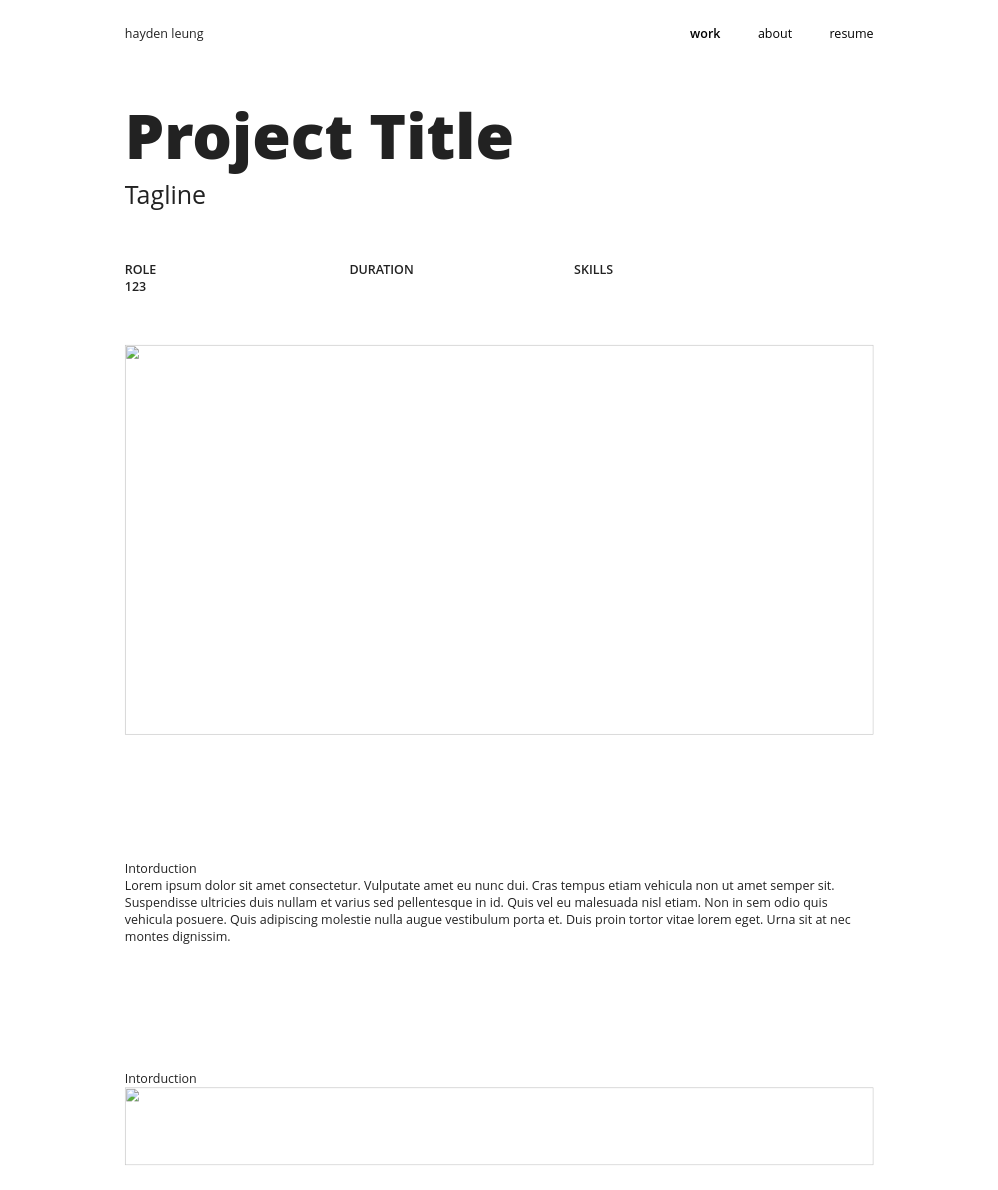
Repository: Haydenleung/Artifact
Page: /
The author's editor kept a copy of each file at every save. The page is drawn from the files as they stood at one save, then again after a run of saves.
The browser window is 1280 px wide. The pictures show the whole page, at 78% of full size.
The project was rebuilt for these pictures with package versions that can differ from the ones it lists, and the page was loaded fresh each time. The framework's server and built-in components were replaced by stand-ins that run in the browser. Also part of the build but not shown: next.config.mjs.

Above is the page before, as saved 2024-01-29 00:05:24.

### src/pages/index.tsx
import Image from "next/image";
import Navbar from "@/components/Navbar";
import CaseStudy from "@/components/CaseStudy";

export default function Home() {
  return (
    <main className={"page"}>
      <Navbar />
      <div className={"caseStudy"}>
        <CaseStudy />
      </div>
    </main>
  )
}

### src/styles/globals.css
/* ==========================================================================
    [Table of contents]

    1. BASE
        1.1 Page Rendering Defaults
        1.2 Core Styling
        1.3 Typography
    2. LAYOUT
        2.1 Core Layout
        2.2 Small only
        2.3 medium and up
        2.4 Medium only
        2.5 large screens and up
    3. UTILITY classes
    4. PRINT

    ========================================================================== */

/* ==========================================================================
   BASE
   ========================================================================== */

/* 1.1 Page Rendering Defaults */

html {
  color: #222;
  font-size: 1em;
}

::-moz-selection {
  background: #b3d4fc;
  text-shadow: none;
}

::selection {
  background: #b3d4fc;
  text-shadow: none;
}

audio,
canvas,
iframe,
i,
img,
svg,
video {
  vertical-align: middle;
}

fieldset {
  border: 0;
  margin: 0;
  padding: 0;
}

textarea {
  resize: vertical;
}

/* 1.2 Core Styling */

/* refer to https://css-tricks.com/box-sizing/ */

*,
*:before,
*:after {
  box-sizing: border-box;
}

img {
  width: 100%;
}

/* 1.3 Typgraphy */

@import url('https://fonts.googleapis.com/css2?family=Open+Sans:ital,wght@0,300;0,400;0,500;0,600;0,700;0,800;1,300;1,400;1,500;1,600;1,700;1,800&display=swap');

h1,
h2,
h3,
h4,
h5,
h6 {
  font-weight: 400;
  /* text-align: center; */
  margin: 0;
}

h1 {
  font-size: 60pt;
  font-weight: 200;
}

h2 {
  font-size: 16pt;
}

h4 {
  font-size: 9pt;
}

h5 {
  font-size: 8pt;
}

* {
  font-family: 'Open Sans', sans-serif;
}


/* ==========================================================================
 2. LAYOUT
 ========================================================================== */

/* Helper to display empty layout containers*/

div,
main,
section,
footer,
header {
  /* outline: 1px solid #ccc; */
}

body {
  padding: 0;
  margin: 0;
}

/* 2.1 Core layout */

.row {
  display: grid;
  row-gap: 1rem;
}

.col {
  position: relative;
}

.page {
  display: flex;
  flex-direction: column;
  justify-content: center;
  align-items: center;
}

.caseStudy {
  width: 100%;
  padding: 2rem 10rem;
}

/* Navbar */

/* 2.2 Small only */

@media screen and (max-width: 39.9375em) {}

/* 2.3 medium and up */

@media screen and (min-width: 40em) {}

/* 2.4 Medium only */

@media screen and (min-width: 40em) and (max-width: 63.9375em) {}

/* 2.5 large screens and up 2.6 Large only */

/* @media screen and (min-width: 64em) {

} */

### src/components/Navbar/index.tsx
import styles from './navbar.module.css'
import Image from 'next/image'
import Link from 'next/link'
import { useState } from 'react'

export default function Navbar() {

    const [isPage, setIsPage] = useState("Work");

    return (
        <div className={styles.container}>
            <div className={styles.logo}>hayden leung</div>
            <div className={styles.pages}>
                <Link href="/" className={isPage === "Work" ? styles.bold : styles.normal}>work</Link>
                <Link href="/" className={isPage === "about" ? styles.bold : styles.normal}>about</Link>
                <Link href="/" className={isPage === "resume" ? styles.bold : styles.normal}>resume</Link>
            </div>
        </div>
    )
}

### src/components/CaseStudy/index.tsx
import Image from "next/image"
import styles from './casestudy.module.css'

export default function CaseStudy() {
    return (
        <div className={styles.project}>
            <div className={styles.titleSection}>
                <h1 className={styles.projetTitle}>Project Title</h1>
                <h3 className={styles.projectTag}>Tagline</h3>
                <div className={styles.projectInfo}>
                    <div>ROLE
                        <div>123</div>
                    </div>
                    <div>DURATION
                        <div></div>
                    </div>
                    <div>SKILLS
                        <div></div>
                    </div>
                </div>
                <Image src="/" alt="" width={100} height={500} />
            </div>
            <div className={styles.introduction}>
                <div className={styles.introTitle}>Intorduction</div>
                <div className={styles.introBody}>Lorem ipsum dolor sit amet consectetur. Vulputate amet eu nunc dui. Cras tempus etiam vehicula non ut amet semper sit. Suspendisse ultricies duis nullam et varius sed pellentesque in id. Quis vel eu malesuada nisl etiam. Non in sem odio quis vehicula posuere. Quis adipiscing molestie nulla augue vestibulum porta et. Duis proin tortor vitae lorem eget. Urna sit at nec montes dignissim.</div>
            </div>
            <div className={styles.process}>
                <div className={styles.processTitle}>Intorduction</div>
                <Image src="/" alt="" width={100} height={100} />
            </div>
        </div>
    )
}

### src/components/Navbar/navbar.module.css
.container {
    /* background-color: lightgrey; */
    padding: 0.5rem;
    width: 100%;
    padding: 2rem 10rem;
    display: flex;
    flex-direction: row;
    justify-content: space-between;
    position: sticky;
    min-height: 44px;
}

.logo {}

.pages {
    display: flex;
    flex-direction: row;
    gap: 3rem;
}

.bold {
    font-weight: 600;
    color: black;
    text-decoration: none;
}

.normal {
    color: black;
    text-decoration: none;
}

### src/components/CaseStudy/casestudy.module.css
.project {
    display: flex;
    flex-direction: column;
    gap: 10rem;
}

.projetTitle {
    font-weight: 800;
}

.projectTag {
    font-size: 24pt;
    font-weight: 400;
}

.projectInfo {
    display: flex;
    flex-direction: row;
    padding: 4rem 0;
}

.projectInfo>div {
    width: 30%;
    font-weight: 600;
}

Loaded but not shown: src/pages/_app.tsx (common file); src/pages/_document.tsx (common file)

After the next 3 saves:
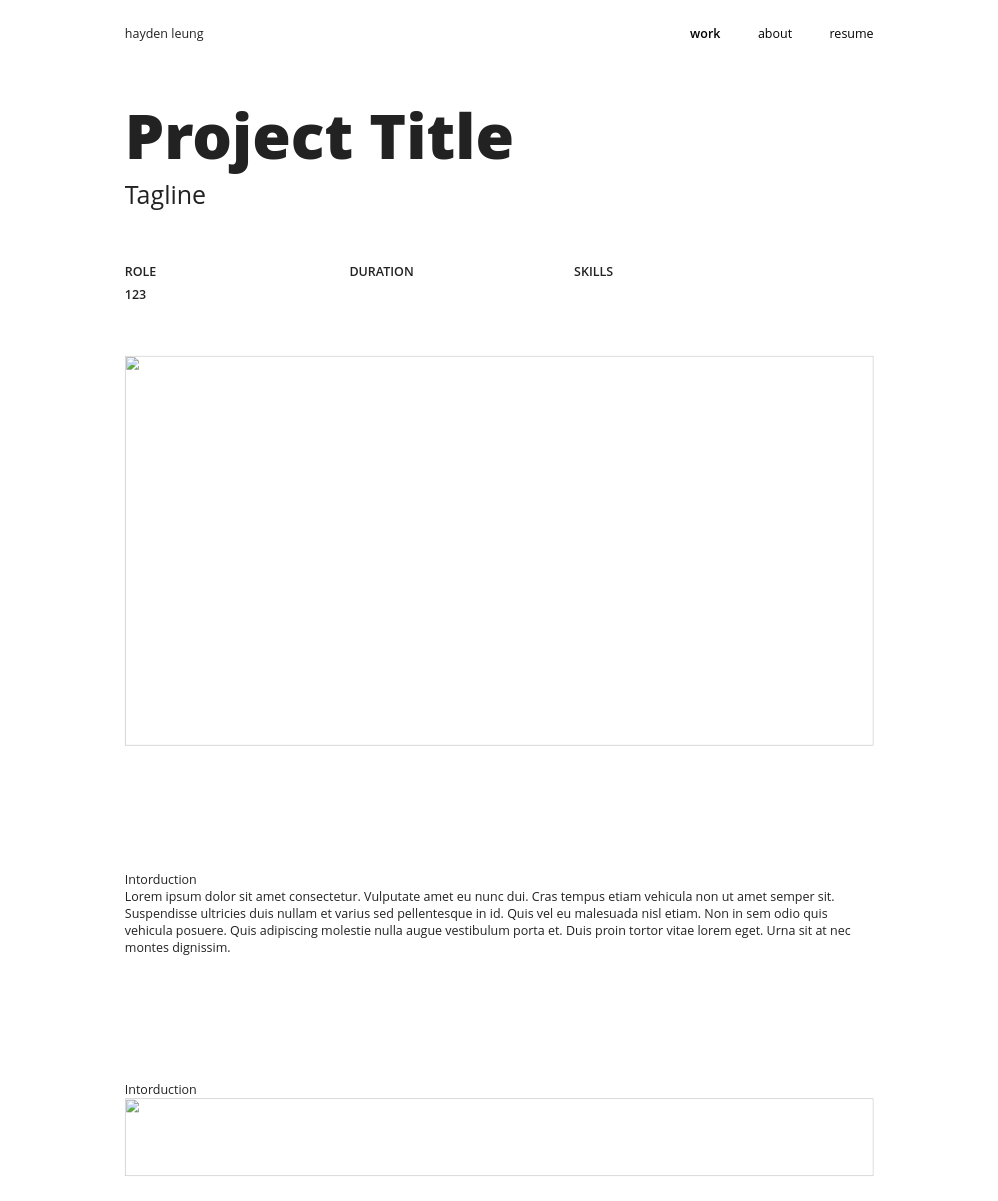
The 3 saves are shown as one change because they came seconds apart.
The last was saved 12 s later.
--- a/src/components/CaseStudy/casestudy.module.css
+++ b/src/components/CaseStudy/casestudy.module.css
@@ -22,4 +22,5 @@
 .projectInfo>div {
     width: 30%;
     font-weight: 600;
+    line-height: 180%;
 }
